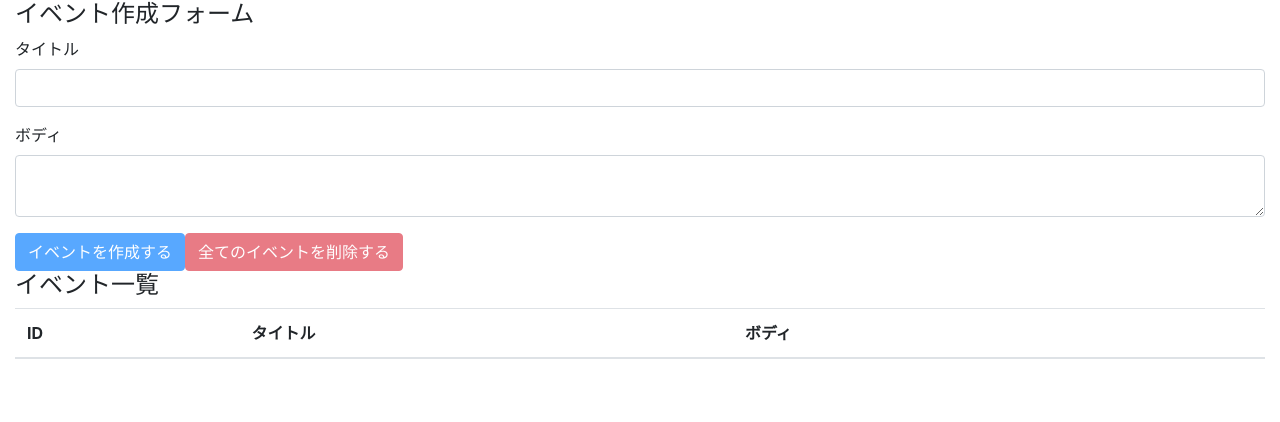
Repository: sie-fufu/react-hooks-101
Page: /
The author's editor kept a copy of each file at every save. The page is drawn from the files as they stood at one save, then again after the next save.
The browser window is 1280 px wide. The pictures show the whole page.
The project was rebuilt for these pictures with package versions that can differ from the ones it lists, and the page was loaded fresh each time. Also part of the build but not shown: src/components/Event.js.

Above is the page before, as saved 2022-01-17 22:29:47.

After the next save:
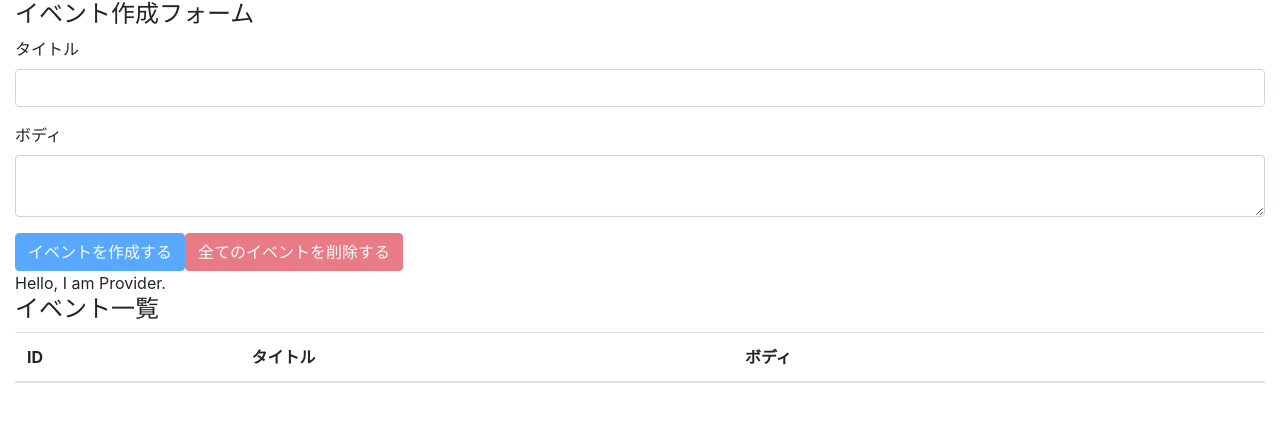
Saved 10 min 41 s later.
--- a/src/components/Events.js
+++ b/src/components/Events.js
@@ -1,9 +1,15 @@
 import React from "react";
 
 import Event from "./Event";
+import AppContext from "./contexts/AppContext";
 const Events = ({ state, dispatch }) => {
   return (
     <>
+      <AppContext.Consumer>
+        {(value) => {
+          return <div>{value}</div>;
+        }}
+      </AppContext.Consumer>
       <h4>イベント一覧</h4>
       <table className="table table-hover">
         <thead>
